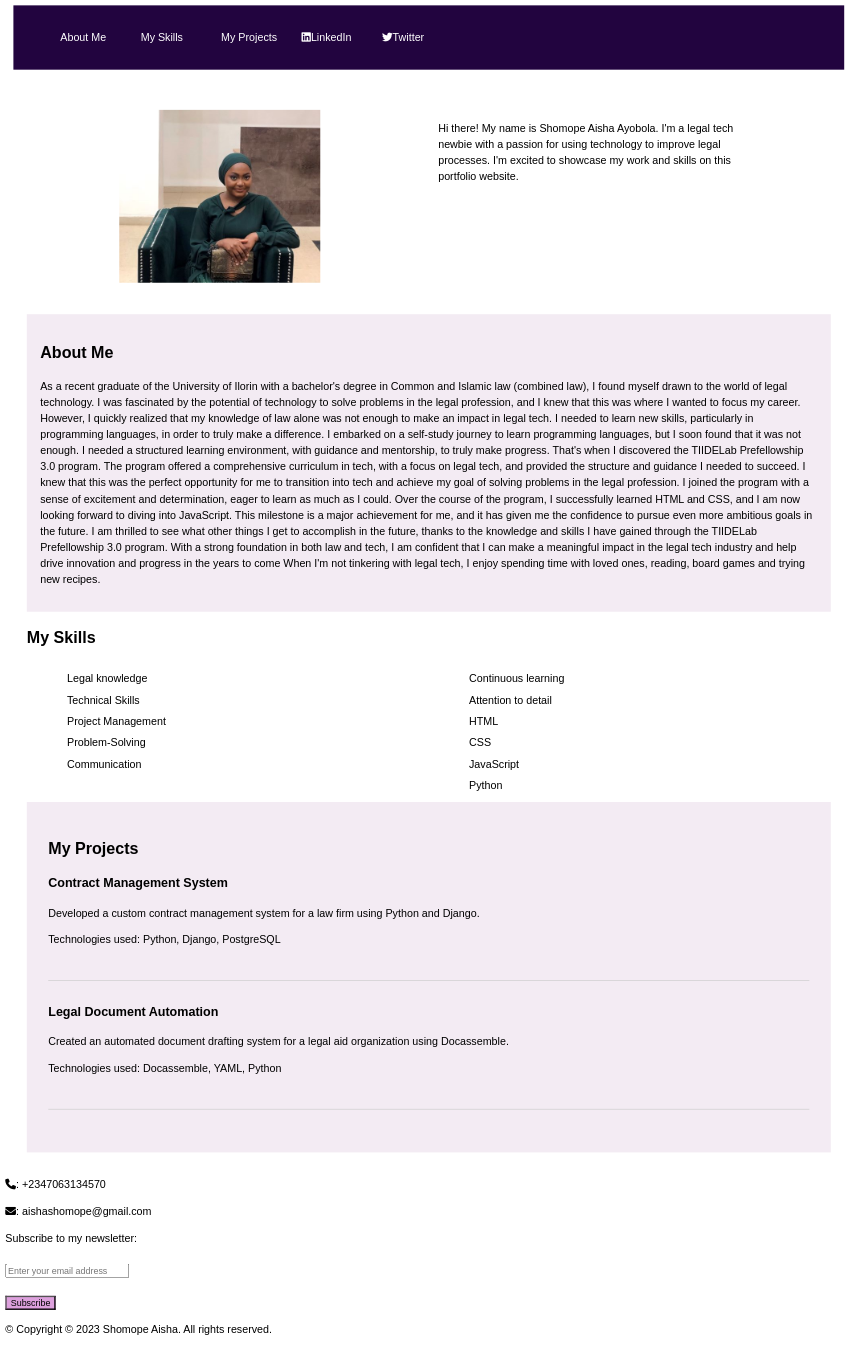
Repository: Iyewande/AishasPortfolio
Page: Index.html
These files come from the project's save history. The page is drawn as it stood at one moment and after the next save; the edit follows.
The browser window is 1280 px wide. The pictures show the whole page, at 67% of full size.
Some web libraries are served in a nearby version.

Above is the page before, as saved 2023-05-04 22:18:51.

After the next save:
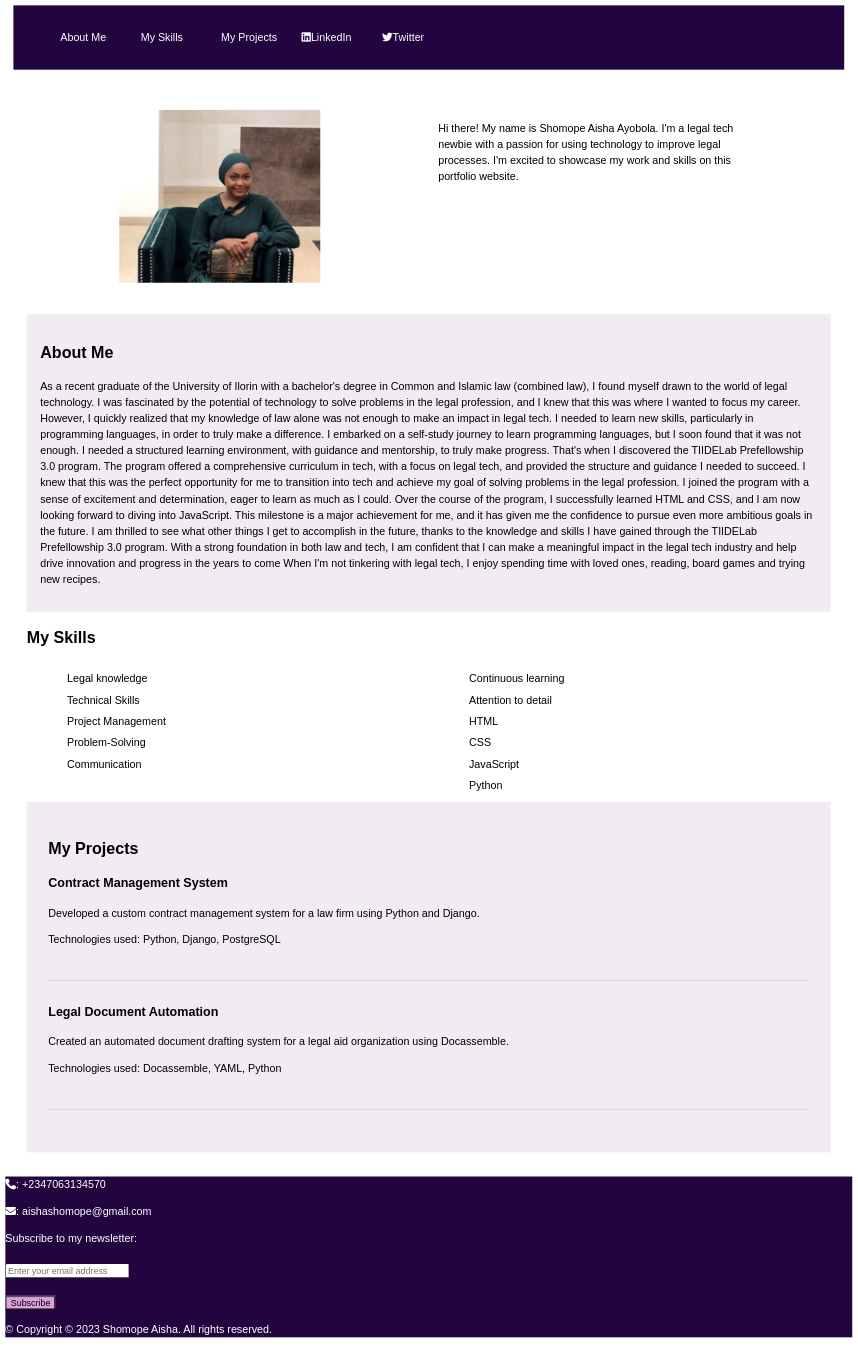
Saved 57 s later.
--- a/Index.html
+++ b/Index.html
@@ -156,7 +156,8 @@
 
         </main>
         <!-- footer: contains content that appears at the bottom of the page, such as copyright information. -->
-            <div id="footer">
+        <footer id="footer">
+            <div >
                 <div class="contact">
                     <p><i class="fa-sharp fa-solid fa-phone"></i>: +2347063134570</p>
                     <p><i class="fa-solid fa-envelope"></i>: aishashomope@gmail.com</p>
@@ -170,6 +171,7 @@
                 </form>
                 <p>&copy; Copyright © 2023 Shomope Aisha. All rights reserved.</p>
             </div>
+        </footer>
     </div>
     </body>
 </html>
